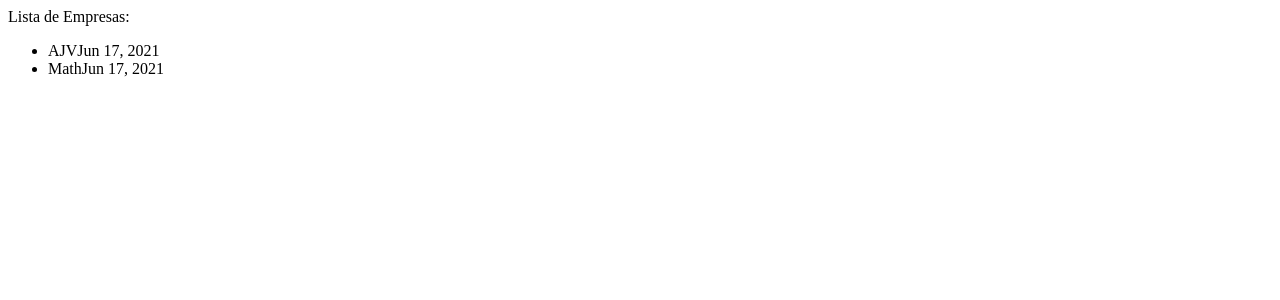
Repository: MathSzoke/JavaWebServlet
Page: http://localhost/gerenciador/listaEmpresas
An editor plug-in stored every save of this project. The page is shown before and after the next save, followed by the edit.
The browser window is 1280 px wide. The pictures show the whole page.
The page is served by Tomcat 9.

Above is the page before, as saved 2021-06-17 18:00:18.

After the next save:
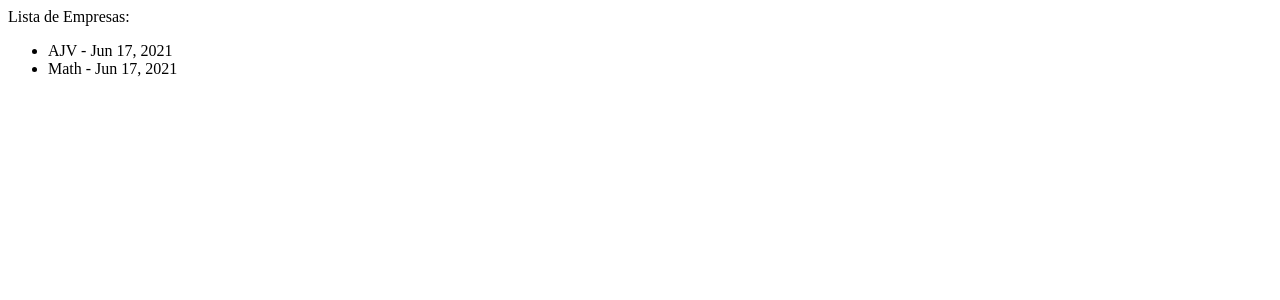
Saved 52 s later.
--- a/gerenciador/WebContent/listaEmpresas.jsp
+++ b/gerenciador/WebContent/listaEmpresas.jsp
@@ -16,7 +16,7 @@ Lista de Empresas: <br >
 	<ul>
 		<c:forEach items="${ empresas }" var="empresa">
 
-			<li>${empresa.nome }<fmt:formatDate value="${ empresa.dataAbertura }"/></li>
+			<li>${empresa.nome } - <fmt:formatDate value="${ empresa.dataAbertura }"/></li>
 		</c:forEach>
 	</ul>
 </body>
